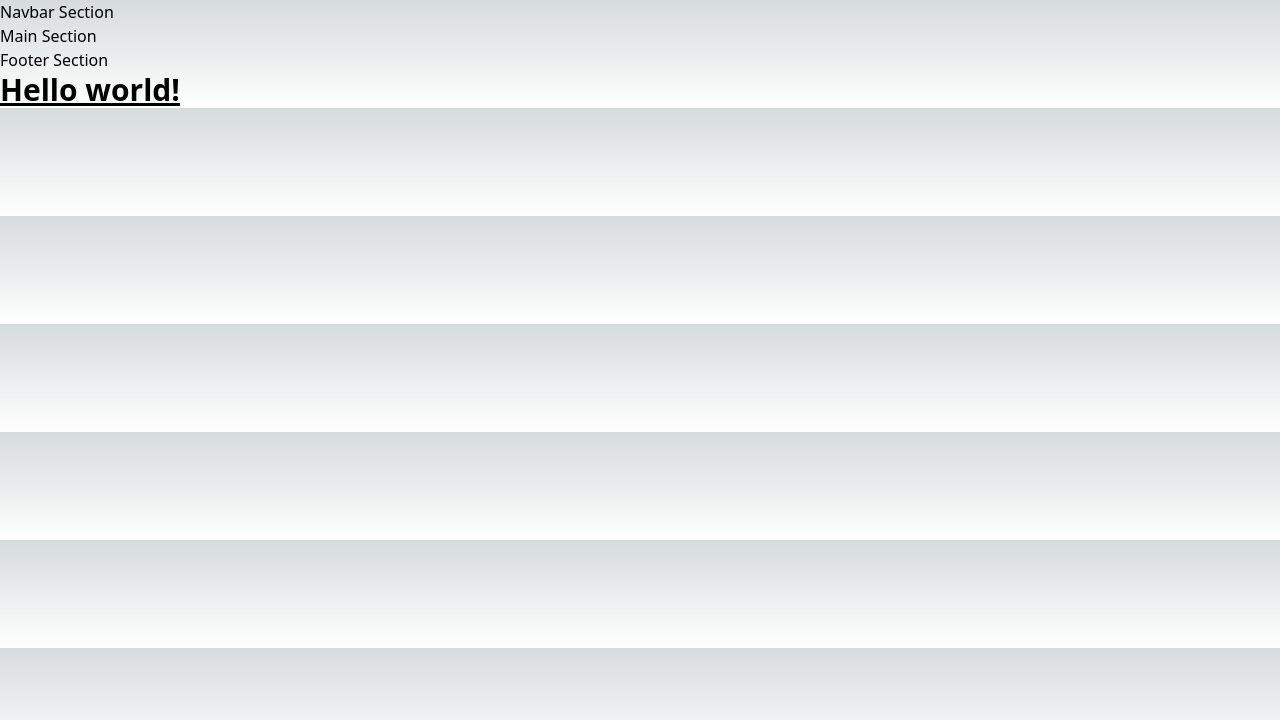
Repository: Radiant690/majorproject
Page: /
An editor plug-in stored every save of this project. The page is shown before and after a run of saves, followed by the edit.
The browser window is 1280 px wide. The pictures show the whole page.
The project was rebuilt for these pictures with package versions that can differ from the ones it lists, and the page was loaded fresh each time. The framework's server and built-in components were replaced by stand-ins that run in the browser. Also part of the build but not shown: next.config.js.

Above is the page before, as saved 2023-04-08 03:29:08.

### src/pages/index.tsx
// ! Home page -> Consists of index route with mappings to other routes {AboutUs, ContactUs, Programs ...}

export default function Home() {
  return (
    <>
      {/* TODO : REPLACE WITH RELEVANT COMPONENTS TO RENDER */}
      <h1>Navbar Section</h1>
      <h1>Main Section</h1>
      <h1>Footer Section</h1>
      <h1 className="text-3xl font-bold underline">Hello world!</h1>
    </>
  );
}

Loaded but not shown: src/pages/_app.tsx (common file); src/pages/_document.tsx (common file); src/styles/globals.css (common file); tailwind.config.js (common file)

After the next 5 saves:
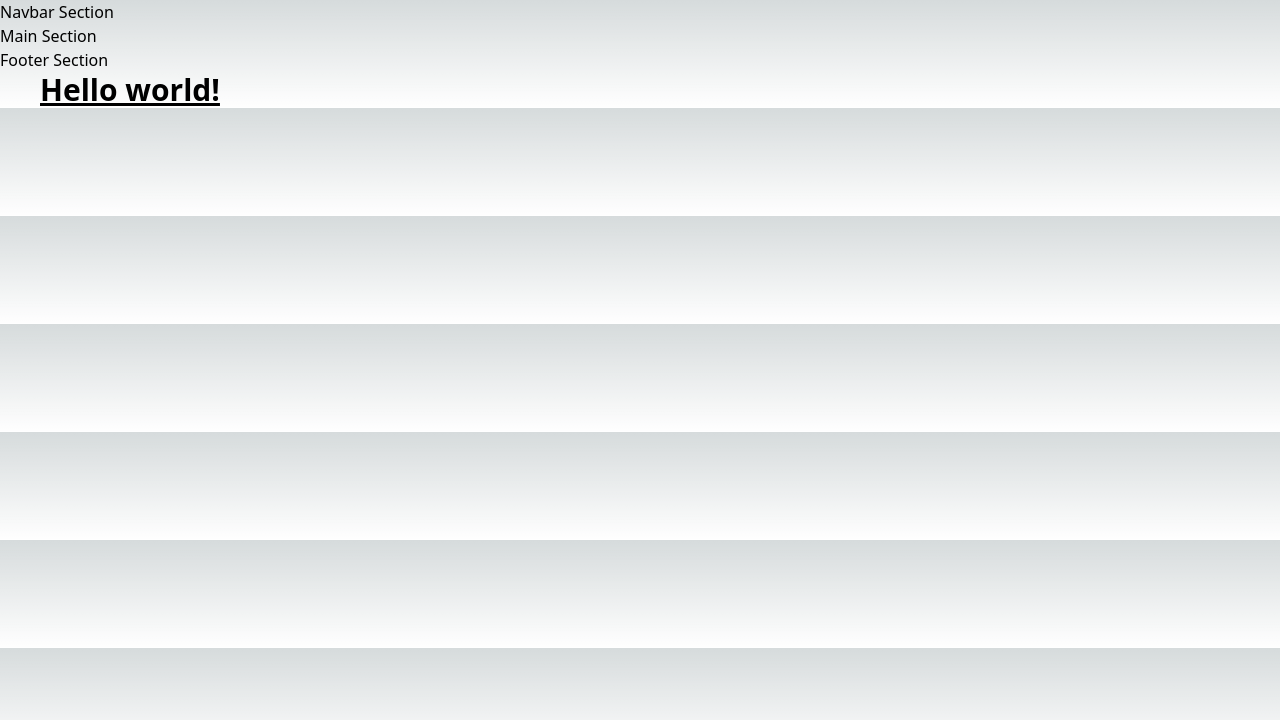
The 5 saves are shown as one change because they came seconds apart.
The last was saved 31 s later.
--- a/src/pages/index.tsx
+++ b/src/pages/index.tsx
@@ -7,7 +7,7 @@ export default function Home() {
       <h1>Navbar Section</h1>
       <h1>Main Section</h1>
       <h1>Footer Section</h1>
-      <h1 className="text-3xl font-bold underline">Hello world!</h1>
+      <h1 className="text-3xl font-bold underline mx-7 px-3 bg">Hello world!</h1>
     </>
   );
 }
